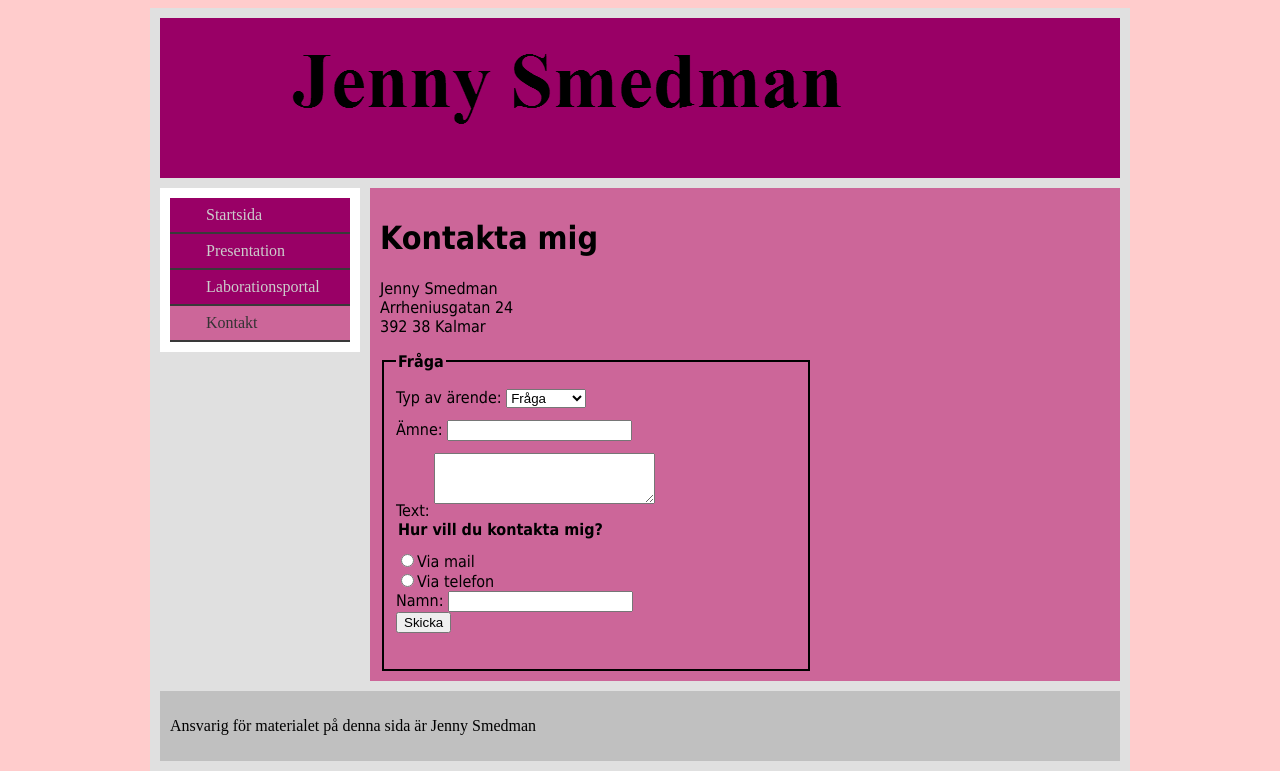
Repository: js223mx/1ik415-js223mx-laborationer
Page: pages/kontakt.html
The author's editor kept a record of every edit. The page is drawn from the files as they stood at one moment, then again after the next edit.
The browser window is 1280 px wide. The pictures show the whole page.

Above is the page before.

After the next edit:
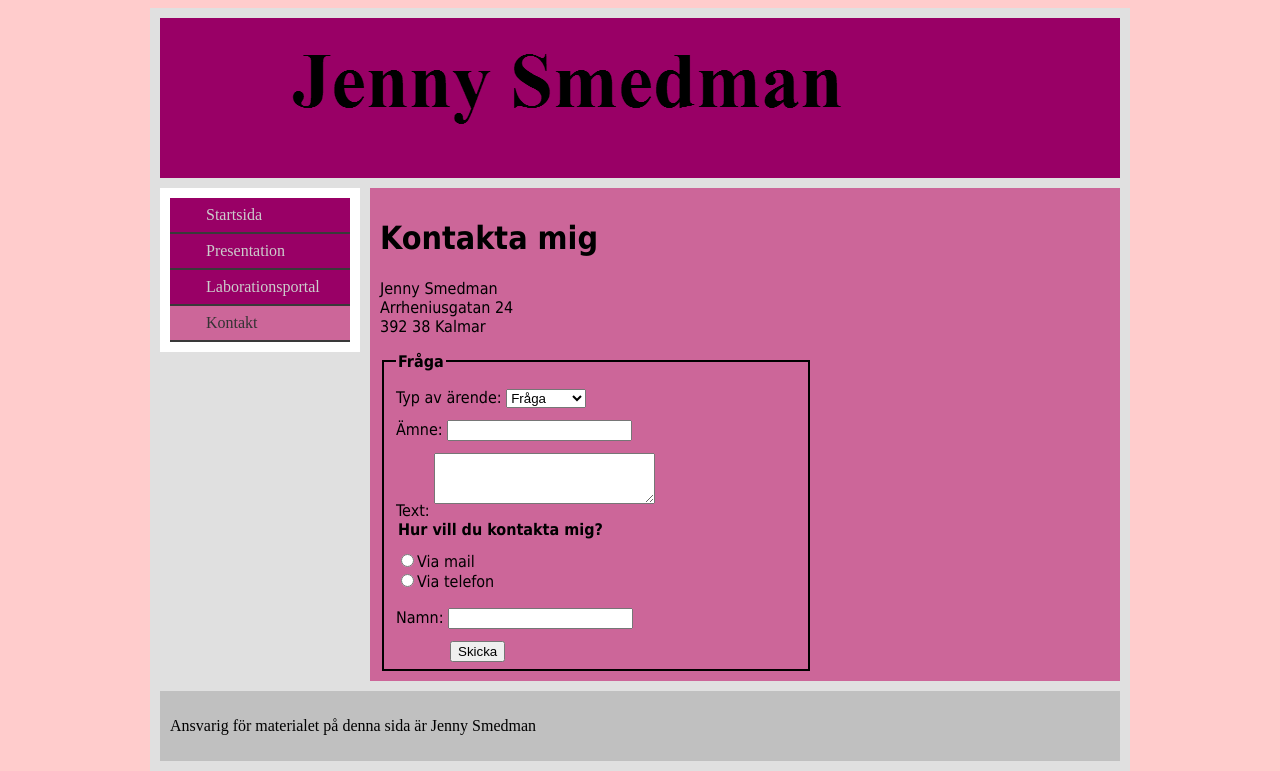
The edit:
--- a/pages/kontakt.html
+++ b/pages/kontakt.html
@@ -51,8 +51,8 @@
                         <input type="radio" name="Kontakttyp" value="Via mail">Via mail<br>
                         <input type="radio" name="Kontakttyp" value="Via telefon">Via telefon<br>
 
-                           Namn: <input type="text" name="Namn"><br>
-                          <input type="submit" value="Skicka">
+                           Namn: <input type="text" name="Namn" id="name"><br>
+                          <input type="submit" value="Skicka" id="submit">
 
                        </fieldset>
                 </form>
